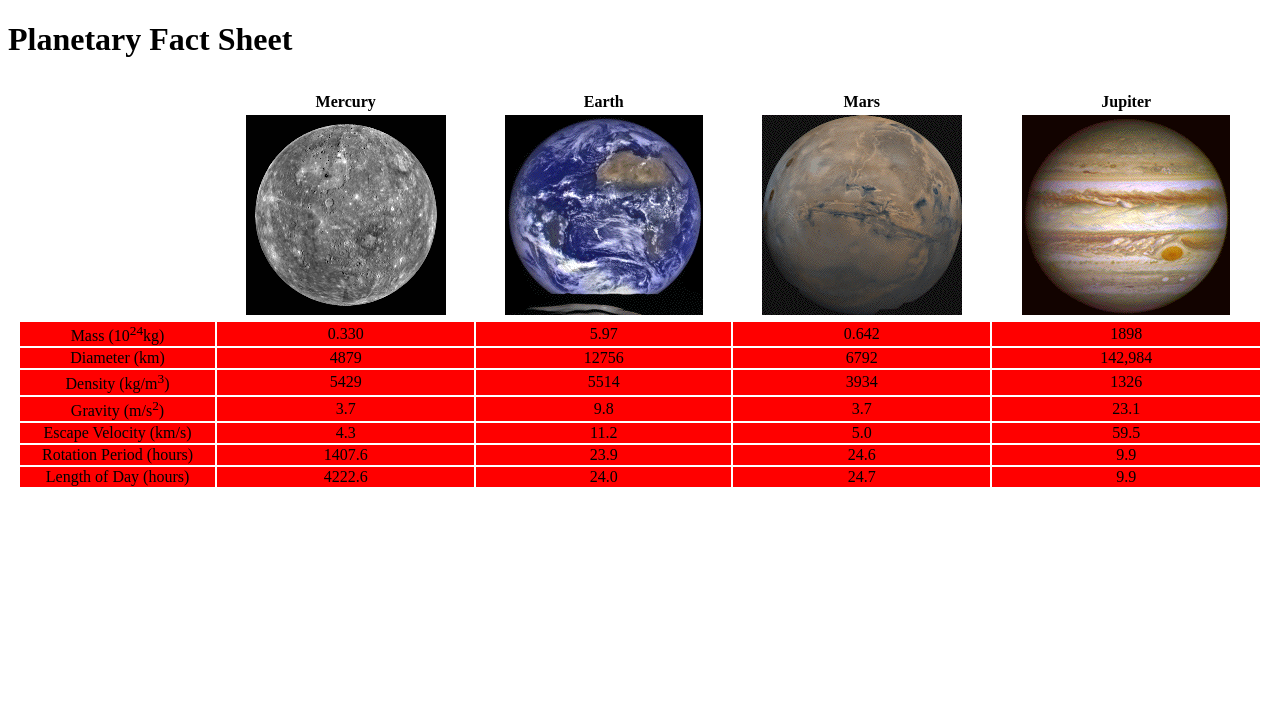
Repository: rishondass/ITMD361-Lab5
Page: index.html
An editor plug-in stored every save of this project. The page is shown before and after the next save, followed by the edit.
The browser window is 1280 px wide. The pictures show the whole page.

Above is the page before, as saved 2023-02-22 19:05:52.

### index.html
<!DOCTYPE html>
<html lang="en">
<head>
  <meta charset="utf-8">
  <title>Planetary Fact Sheet</title>
  <link rel="stylesheet" href="css/style.css">
</head>
<body>
  <h1>Planetary Fact Sheet</h1>
  <table id="planets">
    <tr>
      <th></th>
      <th>Mercury</th>
      <th>Earth</th>
      <th>Mars</th>
      <th>Jupiter</th>
    </tr>
    <tr>
      <td></td>
      <td><img src="images/mercury.gif" alt="image_of_Mercury"></td>
      <td><img src="images/earth.gif" alt="image_of_Earth"></td>
      <td><img src="images/mars.gif" alt="image_of_Mars"></td>
      <td><img src="images/jupiter.gif" alt="image_of_Jupiter"></td>
    </tr>
    <tr class="data">
      <td>Mass (10<sup>24</sup>kg)</td>
      <td>0.330</td>
      <td>5.97</td>
      <td>0.642</td>
      <td>1898</td>
    </tr>
    <tr class="data">
      <td>Diameter (km)</td>
      <td>4879</td>
      <td>12756</td>
      <td>6792</td>
      <td>142,984</td>
    </tr>
    <tr class="data">
      <td>Density (kg/m<sup>3</sup>)</td>
      <td>5429</td>
      <td>5514</td>
      <td>3934</td>
      <td>1326</td>
    </tr>
    <tr class="data">
      <td>Gravity (m/s<sup>2</sup>)</td>
      <td>3.7</td>
      <td>9.8</td>
      <td>3.7</td>
      <td>23.1</td>
    </tr>
    <tr class="data">
      <td>Escape Velocity (km/s)</td>
      <td>4.3</td>
      <td>11.2</td>
      <td>5.0</td>
      <td>59.5</td>
    </tr>
    <tr class="data">
      <td>Rotation Period (hours)</td>
      <td>1407.6</td>
      <td>23.9</td>
      <td>24.6</td>
      <td>9.9</td>
    </tr>
    <tr class="data">
      <td>Length of Day (hours)</td>
      <td>4222.6</td>
      <td>24.0</td>
      <td>24.7</td>
      <td>9.9</td>
    </tr>
  </table>
</body>

### css/style.css
#planets {
	border: none;
  padding: 10px;
  /* background-color: aqua; */
  width: 100%;
  text-align: center;
  /* height: 80vh; */
}

.data {
  background-color: red;
  padding: 30px;
}

After the next save:
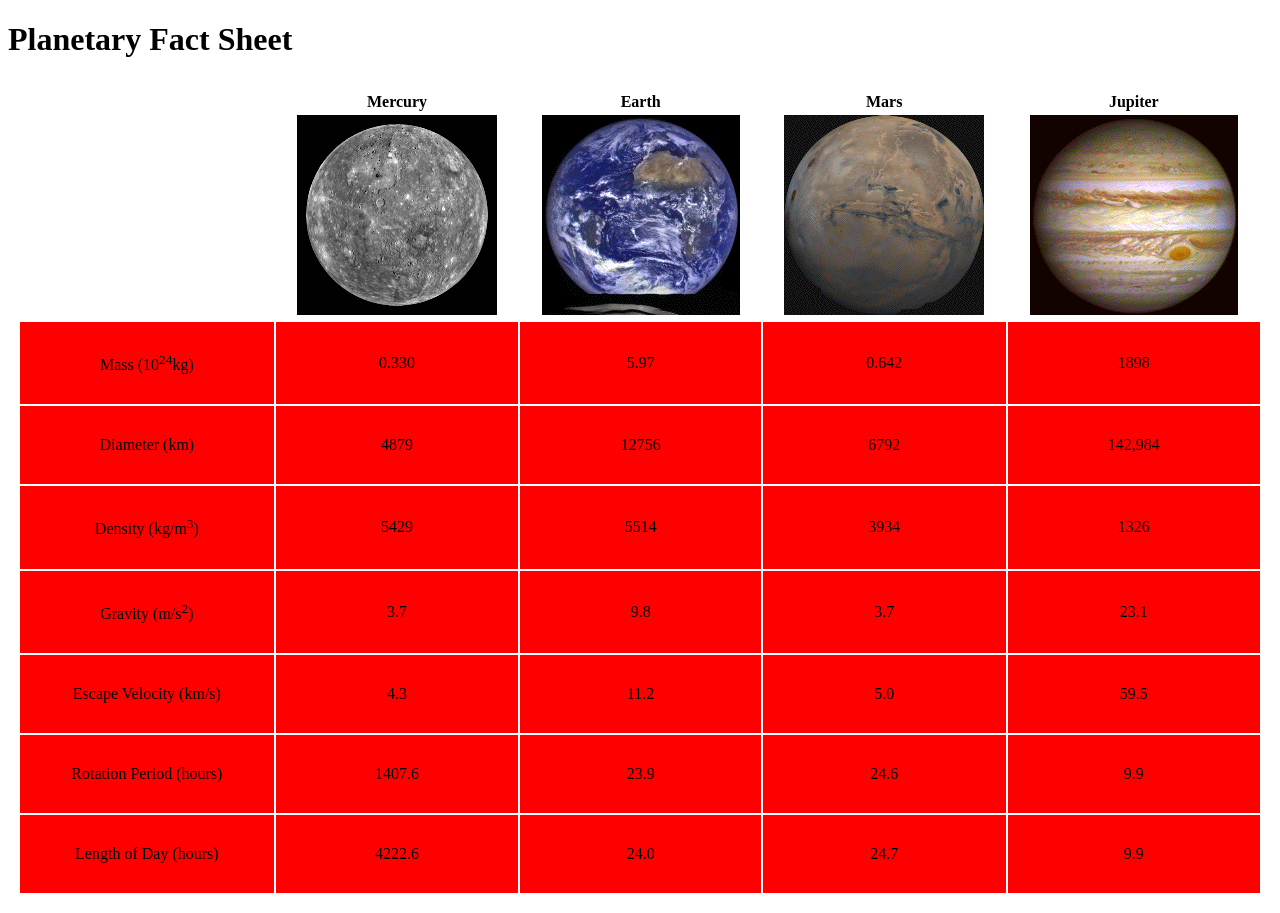
Saved 25 s later.
--- a/css/style.css
+++ b/css/style.css
@@ -7,7 +7,7 @@
   /* height: 80vh; */
 }
 
-.data {
+.data td {
   background-color: red;
   padding: 30px;
 }
